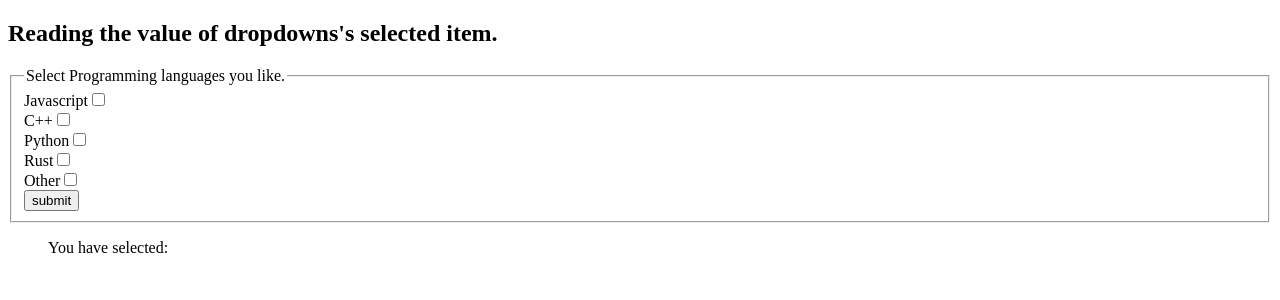
Repository: ishanbassi/iotasol-assignments
Page: /iotasol/work-4
The author's editor kept a copy of each file at every save. The page is drawn from the files as they stood at one save, then again after the next save.
The browser window is 1280 px wide. The pictures show the whole page.
The project was rebuilt for these pictures with package versions that can differ from the ones it lists, and the page was loaded fresh each time. The framework's server and built-in components were replaced by stand-ins that run in the browser.

Above is the page before, as saved 2022-11-08 12:31:04.

After the next save:
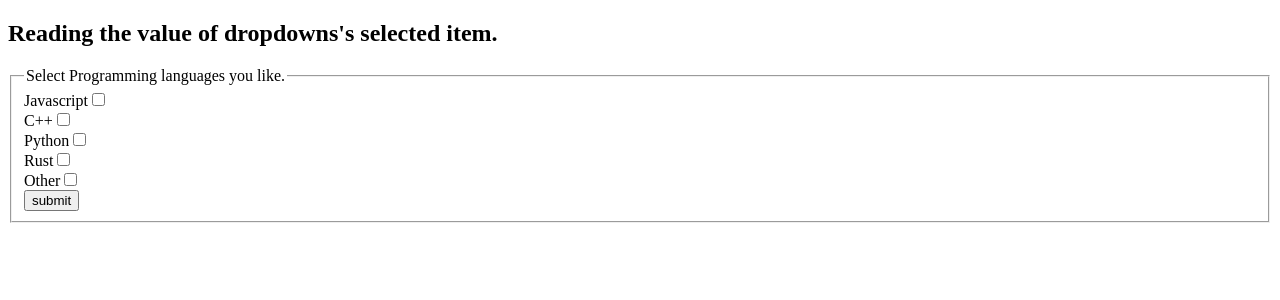
Saved 8 min 38 s later.
--- a/pages/iotasol/work-4.tsx
+++ b/pages/iotasol/work-4.tsx
@@ -1,10 +1,11 @@
 import { useState } from "react"
 export default function App() {
-    const [lang ,setLang] = useState([])
+    const [lang ,setLang] = useState<String[]>()
     const showResult = (e)  => {
         e.preventDefault()
         const form = new FormData(e.target)
-        setLang(form.getAll('programming language'))
+        const langs = form.getAll('programming language') as string[]
+        setLang(langs)
     }
     return (
         <>
@@ -51,16 +52,16 @@ export default function App() {
                     <button type="submit" >submit</button>
                 </fieldset>
             </form>
-            <ol>
+            {lang ? <ol>
                 You have selected:
                 {
                     lang.map(l => {
                         return (
-                            <li key={l}>{l}</li>
+                            <li key={`${l}`}>{l}</li>
                         )
                     })
                 }
-            </ol>
+            </ol>: null}
         </>
 
     )
